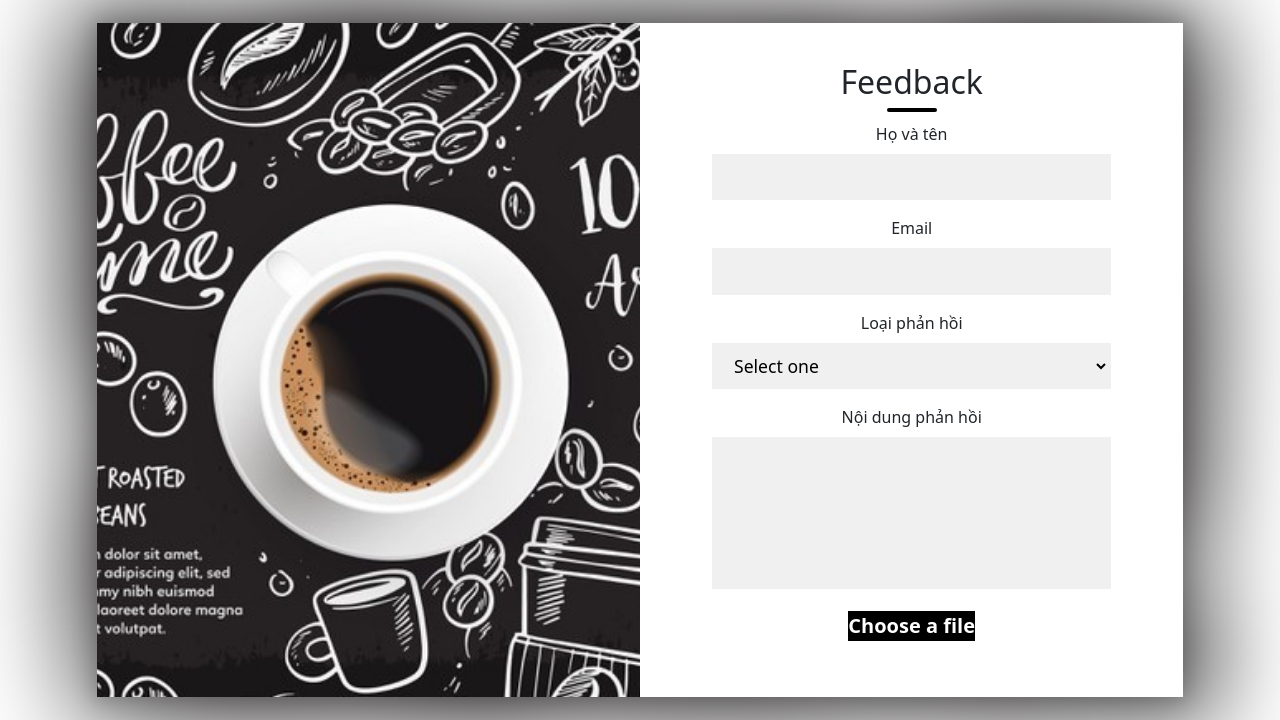
Repository: LeDongGyC/html-css
Page: HTML CSS/prototype/index.html
These files come from the project's save history. The page is drawn as it stood at one moment and after the next save; the edit follows.
The browser window is 1280 px wide. The pictures show the whole page.
The style sheet was rebuilt from its Sass, Less or Tailwind sources for each picture, by a compiler version that may differ from the author's.

Above is the page before, as saved 2023-05-24 10:23:18.

### HTML CSS/prototype/index.html
<!doctype html>
<html lang="en">

<head>
  <title>Title</title>
  <!-- Required meta tags -->
  <meta charset="utf-8">
  <meta name="viewport" content="width=device-width, initial-scale=1, shrink-to-fit=no">
  <link rel="stylesheet" href="style.css">
  <link rel="stylesheet" href="reset.css">
  <!-- <script src="index.js"></script> Bootstrap CSS v5.2.1 -->
  <script>
    var inputs = document.querySelectorAll('.inputfile');
    Array.prototype.forEach.call(inputs, function (input) {
      var label = input.nextElementSibling,
        labelVal = label.innerHTML;
      input.addEventListener('change', function (e) {
        var fileName = '';
        if (this.files && this.files.length > 1)
          fileName = (this.getAttribute('data-multiple-caption') || '').replace('{count}', this.files.length);
        else
          fileName = e.target.value.split('\\').pop();

        if (fileName)
          label.querySelector('span').innerHTML = fileName;
        else
          label.innerHTML = labelVal;
      });
    });
  </script>
  <link href="https://cdn.jsdelivr.net/npm/bootstrap@5.2.1/dist/css/bootstrap.min.css" rel="stylesheet"
    integrity="sha384-iYQeCzEYFbKjA/T2uDLTpkwGzCiq6soy8tYaI1GyVh/UjpbCx/TYkiZhlZB6+fzT" crossorigin="anonymous">

</head>

<body>
  <div class="container">
    <div class="feedback-box">
      <div class="feedback-box_left"></div>
      <div class="feedback-box_right">
        <h2 class="feedback-box_right-title">Feedback</h2>
        <div class="mb-3">
          <label for="name" class="form-label">Họ và tên</label>
          <input type="text" class=" feedback-box_right-item" name="" id="name" aria-describedby="helpId"
            placeholder="">
        </div>
        <div class="mb-3">
          <label for="email" class="form-label">Email</label>
          <input type="text" class=" feedback-box_right-item" name="" id="email" aria-describedby="helpId"
            placeholder="">
        </div>
        <div class="mb-3">
          <label for="" class="form-label">Loại phản hồi</label>
          <select class="feedback-box_right-item " name="" id="">
            <option selected>Select one</option>
            <option value="" class="feedback-box_right-item-selected">Option 1</option>
            <option value="" class="feedback-box_right-item-selected">Option 2</option>
            <option value="" class="feedback-box_right-item-selected">Option 3</option>
          </select>
        </div>
        <div class="mb-3">
          <label for="feedback" class="form-label">Nội dung phản hồi</label>
          <textarea type="" class=" feedback-box_right-item" name="" id="feedback" aria-describedby="helpId"
            placeholder="" rows="5"></textarea>
        </div>
        <div class="mb-3">
          <input type="file" name="file" id="file" class="inputfile" data-multiple-caption="{count} files selected"
            multiple />
          <label for="file">Choose a file</label>
        </div>
      </div>
    </div>
  </div>
  <!-- Bootstrap JavaScript Libraries -->
  <!-- <script src="https://cdn.jsdelivr.net/npm/@popperjs/core@2.11.6/dist/umd/popper.min.js"
    integrity="sha384-oBqDVmMz9ATKxIep9tiCxS/Z9fNfEXiDAYTujMAeBAsjFuCZSmKbSSUnQlmh/jp3" crossorigin="anonymous">
    </script>

  <script src="https://cdn.jsdelivr.net/npm/bootstrap@5.2.1/dist/js/bootstrap.min.js"
    integrity="sha384-7VPbUDkoPSGFnVtYi0QogXtr74QeVeeIs99Qfg5YCF+TidwNdjvaKZX19NZ/e6oz" crossorigin="anonymous">
    </script> -->
</body>

</html>

### HTML CSS/prototype/style.scss
* {
  box-sizing: border-box;
}
html {
  font-size: 62.5%;
}
body {
  font-size: 1.6rem;
  font-family: "Arial", sans-serif;
  font-weight: normal;
  height: 100vh;
  width: 100%;
}
.container {
  position: relative;
  width: 100%;
  height: 100%;
  display: flex;
  justify-content: center;
  align-items: center;
  padding: 2rem 10rem;
  &::after {
    content: "";
    position: absolute;
    width: 100%;
    height: 100%;
    left: 0;
    top: 0;
    background: url("cafe.jpg") no-repeat center;
    background-size: cover;
    filter: blur(50px);
    z-index: -1;
  }
}
.feedback-box {
  max-width: 100rem;
  // min-width: 70vw;
  display: grid;
  grid-template-columns: repeat(2, 1fr);
  justify-content: center;
  align-items: center;
  text-align: center;
  background-color: #fff;
  box-shadow: 0px 0px 19px 5px rgba(0, 0, 0, 0.19);
  &_left {
    background: url("cafe.jpg") no-repeat center;
    display: block;
    background-size: cover;
    // object-fit: cover;
    height: 100%;
  }
  &_right {
    padding: 2.5rem 4.5rem;
    &-title {
      position: relative;
      padding: 0 0 10px;
      margin-bottom: 10px;
      &::after {
        content: "";
        position: absolute;
        left: 50%;
        bottom: 0;
        transform: translateX(-50%);
        height: 4px;
        width: 50px;
        border-radius: 2px;
        background-color: black;
      }
    }
    &-item {
      width: 100%;
      border: 2px solid rgba(0, 0, 0, 0);
      outline: none;
      background-color: rgba(230, 230, 230, 0.6);
      padding: 0.5rem 1rem;
      font-size: 1.1rem;
      //   margin-bottom: 22px;
      transition: 0.3s;
      &:hover {
        background-color: rgba(0, 0, 0, 0.1);
      }
      &:focus {
        border: 2px solid rgba(30, 85, 250, 0.47);
        background-color: #fff;
      }
      &:last-child {
        resize: none;
      }
    }
  }
}
.inputfile {
	width: 0.1px;
	height: 0.1px;
	opacity: 0;
	overflow: hidden;
	position: absolute;
	z-index: -1;
}
.inputfile + label {
    font-size: 1.25em;
    font-weight: 700;
    color: white;
    background-color: black;
    display: inline-block;
    cursor: pointer;
}

.inputfile:focus + label,
.inputfile + label:hover {
    background-color: red;
}

Loaded but not shown: HTML CSS/prototype/reset.css (common file)

After the next save:
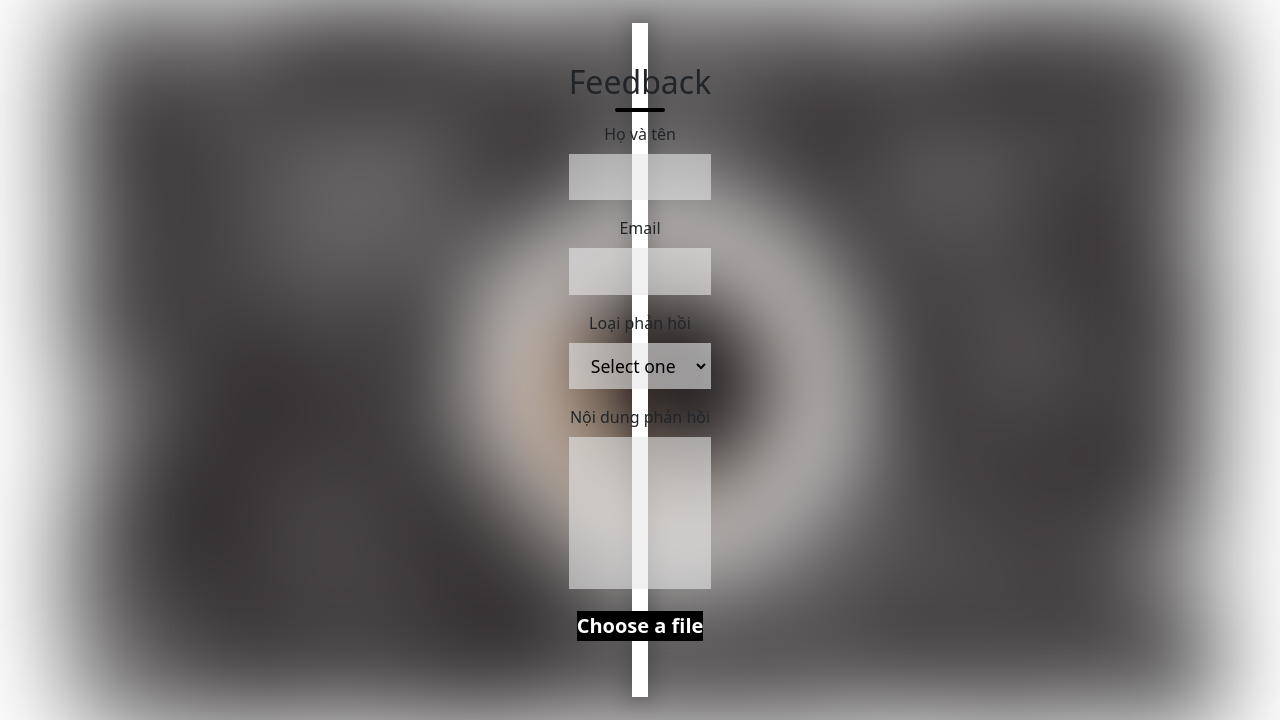
Saved 15 s later.
--- a/HTML CSS/prototype/style.scss
+++ b/HTML CSS/prototype/style.scss
@@ -33,7 +33,7 @@
   }
 }
 .feedback-box {
-  max-width: 100rem;
+  max-width: 1rem;
   // min-width: 70vw;
   display: grid;
   grid-template-columns: repeat(2, 1fr);

After the save that followed:
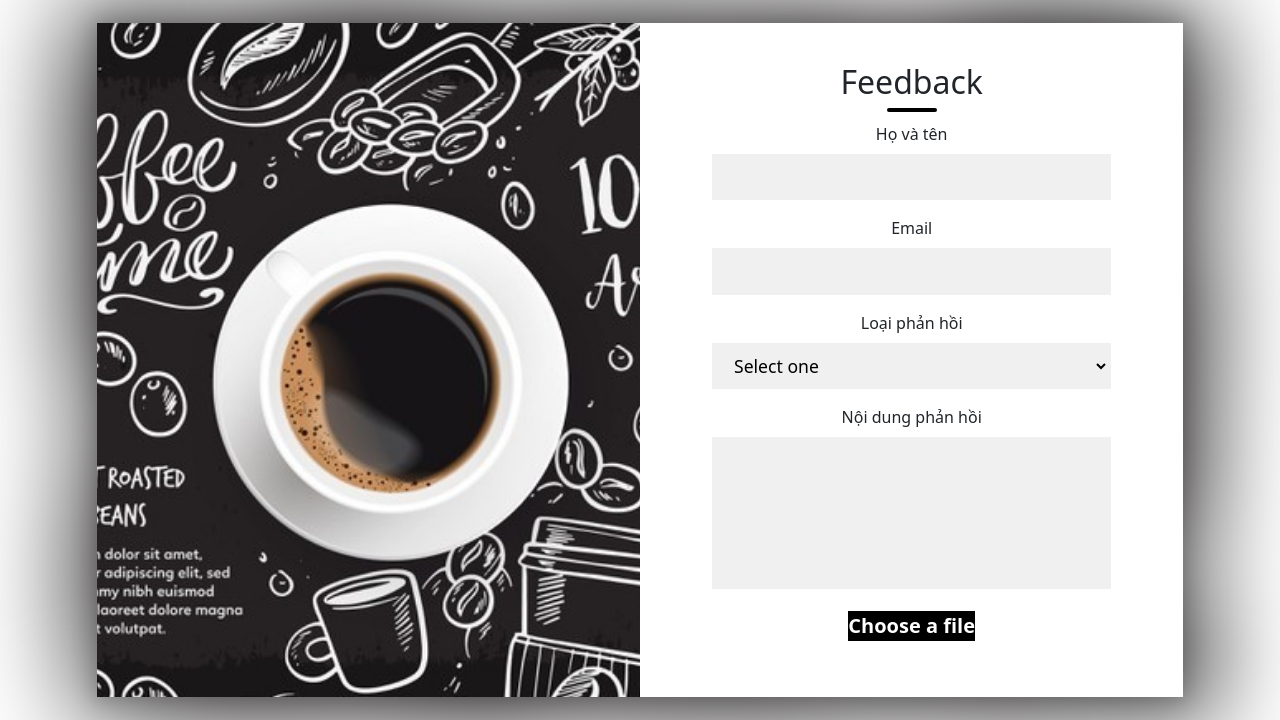
Saved 4 s later.
--- a/HTML CSS/prototype/style.scss
+++ b/HTML CSS/prototype/style.scss
@@ -33,7 +33,7 @@
   }
 }
 .feedback-box {
-  max-width: 1rem;
+  max-width: 850rem;
   // min-width: 70vw;
   display: grid;
   grid-template-columns: repeat(2, 1fr);
